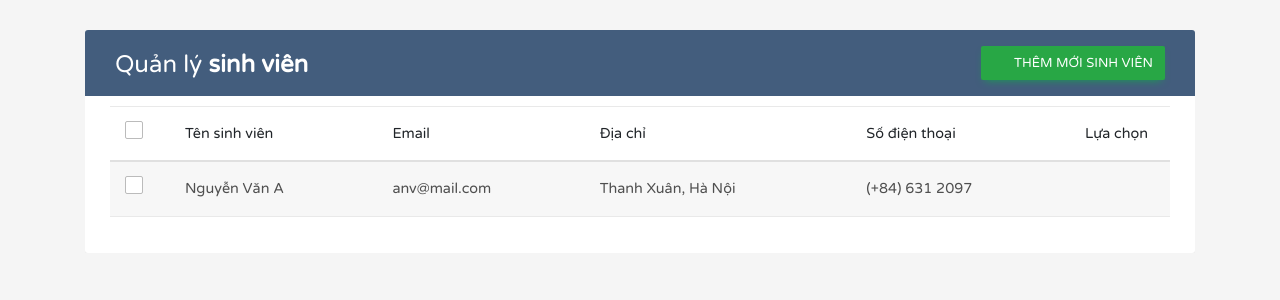
Repository: TinhTT336/MD02_Session06
Page: /
These files come from the project's save history. The page is drawn as it stood at one moment and after the next save; the edit follows.
The browser window is 1280 px wide. The pictures show the whole page.
Some web libraries are served in a nearby version. The project was rebuilt for these pictures with package versions that can differ from the ones it lists, and the page was loaded fresh each time. Also part of the build but not shown: vite.config.js, src/App.css, src/mini_project/TodoList.jsx, src/mini_project/Todo.jsx, src/base/Input.jsx, src/base/Radio.jsx, src/base/Checkbox.jsx, src/Homework/AddModal.jsx and 2 more.

Above is the page before, as saved 2023-09-02 21:24:02.

After the next save:
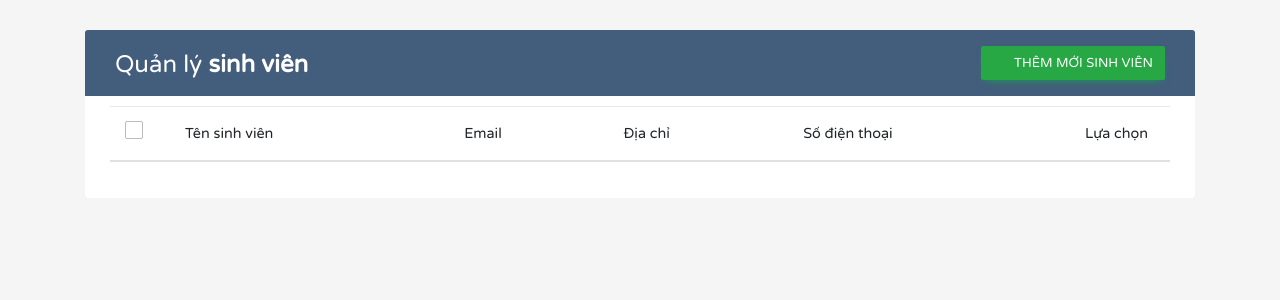
Saved 10 min 18 s later.
--- a/src/Homework/Table.jsx
+++ b/src/Homework/Table.jsx
@@ -3,6 +3,10 @@ import AddModal from './AddModal';
 
 export default function Table() {
     const [showFormAdd, setShowFormAdd] = useState(false);
+    const [listStudent, setListStudent] = useState(() => {
+        const students = JSON.parse(localStorage.getItem("students")) || [];
+        return students;
+    });
     // ham hien form Add
     const handleShowFormAdd = () => {
         setShowFormAdd(true); //set lai trang thai tu false thanh true
@@ -56,47 +60,7 @@ export default function Table() {
                                 </tr>
                             </thead>
                             <tbody>
-                                <tr>
-                                    <td>
-                                        <span className="custom-checkbox">
-                                            <input
-                                                type="checkbox"
-                                                id="checkbox5"
-                                                name="options[]"
-                                                defaultValue={1}
-                                            />
-                                            <label htmlFor="checkbox5" />
-                                        </span>
-                                    </td>
-                                    <td>Nguyễn Văn A</td>
-                                    <td>anv@mail.com</td>
-                                    <td>Thanh Xuân, Hà Nội</td>
-                                    <td>(+84) 631 2097</td>
-                                    <td>
-                                        <a href="#editEmployeeModal" className="edit" data-toggle="modal">
-                                            <i
-                                                className="material-icons"
-                                                data-toggle="tooltip"
-                                                title="Edit"
-                                            >
-                                                
-                                            </i>
-                                        </a>
-                                        <a
-                                            href="#deleteEmployeeModal"
-                                            className="delete"
-                                            data-toggle="modal"
-                                        >
-                                            <i
-                                                className="material-icons"
-                                                data-toggle="tooltip"
-                                                title="Delete"
-                                            >
-                                                
-                                            </i>
-                                        </a>
-                                    </td>
-                                </tr>
+                                { }
                             </tbody>
                         </table>
                     </div>
